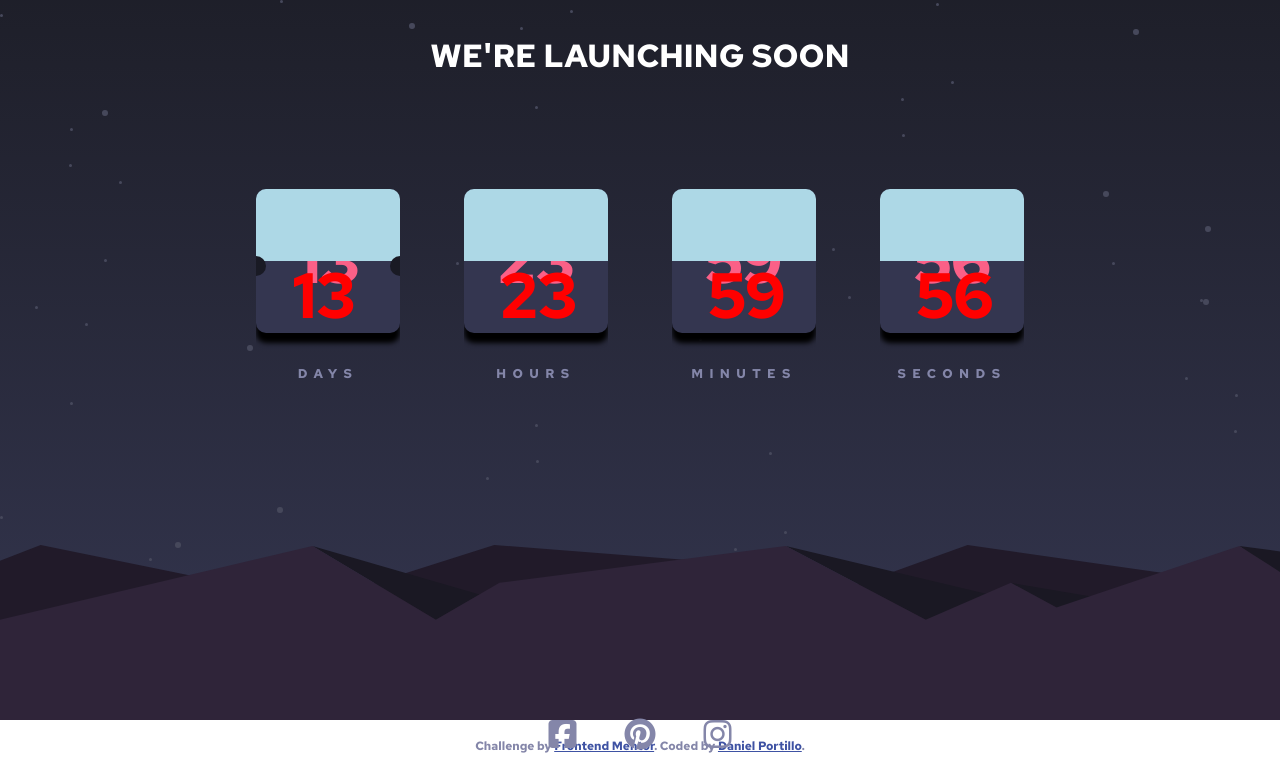
Repository: dportillo23/launch-countdown-timer-main
Page: index.html
These files come from the project's save history. The page is drawn as it stood at one moment and after the next save; the edit follows.
The browser window is 1280 px wide. The pictures show the whole page.
Some web libraries are served in a nearby version. The style sheet was rebuilt from its Sass, Less or Tailwind sources for each picture, by a compiler version that may differ from the author's.

Above is the page before, as saved 2021-07-02 10:25:17.

After the next save:
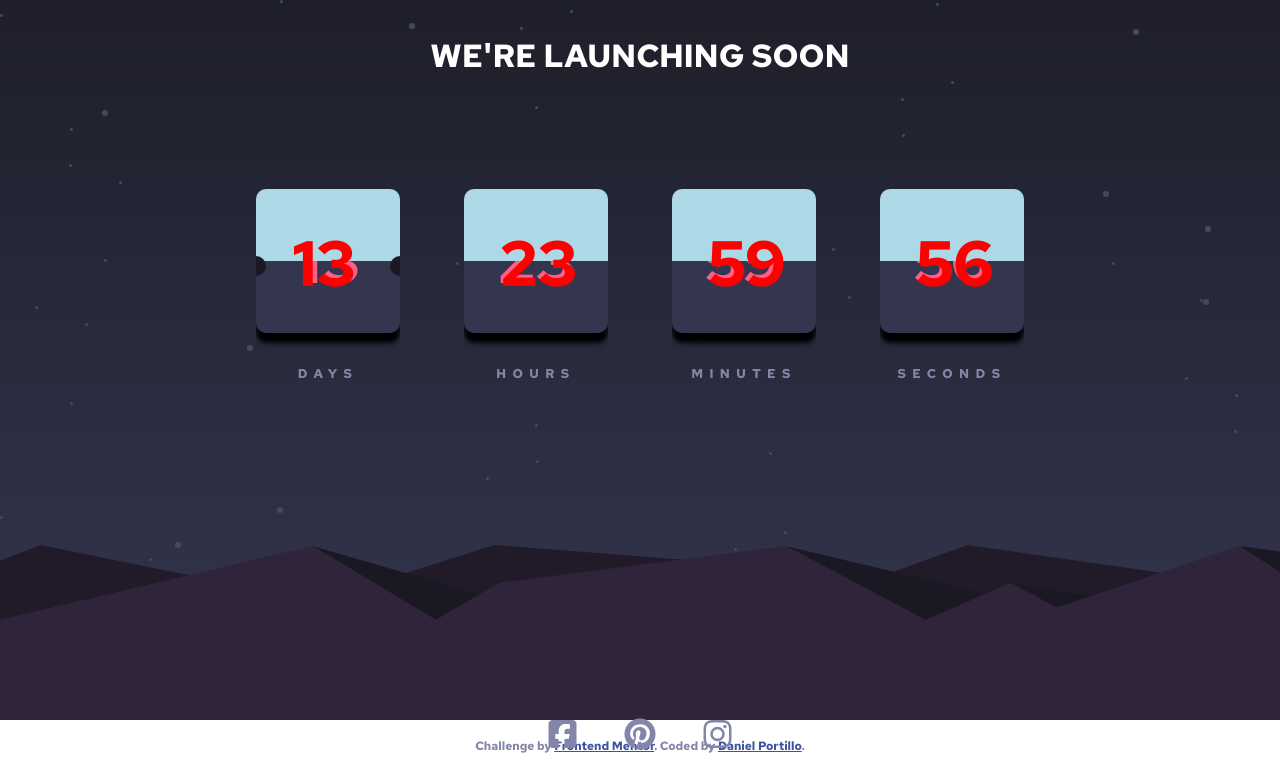
Saved 11 s later.
--- a/style.scss
+++ b/style.scss
@@ -84,7 +84,7 @@ body {
         height: 50%;
         color: red;
         background-color: lightblue;
-        padding: 1em 25% 0;
+        padding: 0.5em 25% 0;
         position: absolute;
         z-index: 1;
         top: 0;
